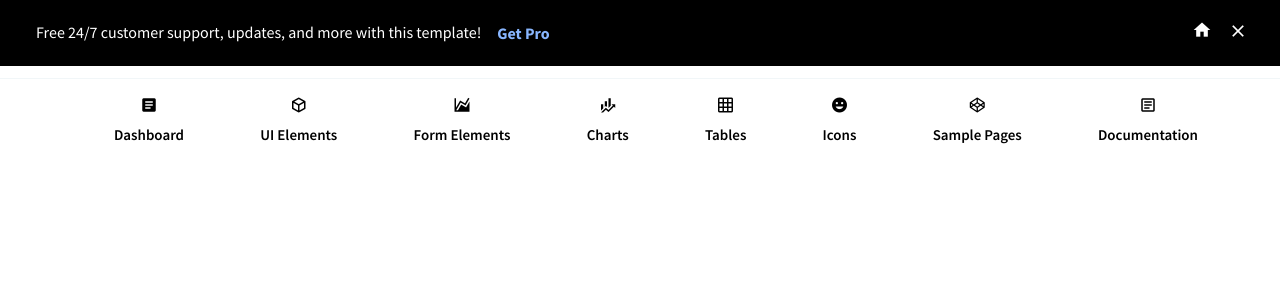
Repository: dimitri0004/Bien
Page: templates/base.html.twig
An editor plug-in stored every save of this project. The page is shown before and after the next save, followed by the edit.
The browser window is 1280 px wide. The pictures show the whole page.
The page is a Twig template of a Symfony application; nobody is signed in and links lead nowhere. The template is opened directly, without the code that normally fills it, so the values that code supplies are empty.

Above is the page before, as saved 2023-04-03 11:36:02.
Console error: ReferenceError: jQuery is not defined

After the next save:
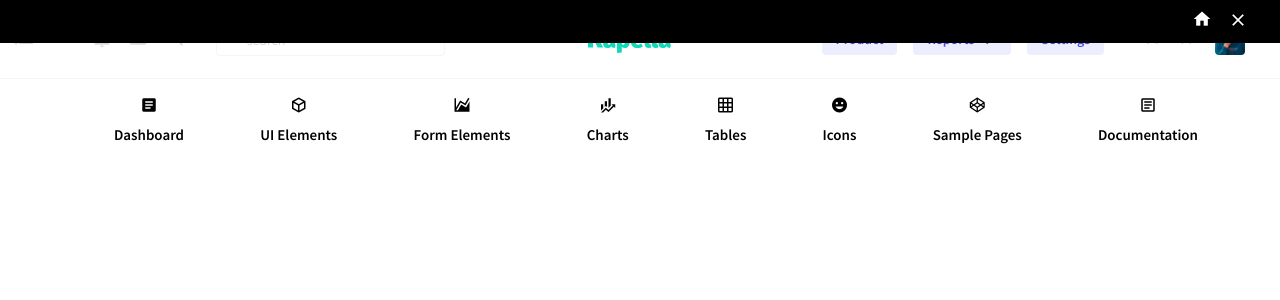
Saved 3 min 3 s later.
--- a/templates/_partiels/nav.html.twig
+++ b/templates/_partiels/nav.html.twig
@@ -4,10 +4,7 @@
         <div class="col-md-12 p-0 m-0">
             <div class="card-body card-body-padding d-flex align-items-center justify-content-between">
                 <div class="ps-lg-1">
-                    <div class="d-flex align-items-center justify-content-between">
-                        <p class="mb-0 font-weight-medium me-3 buy-now-text">Free 24/7 customer support, updates, and more with this template!</p>
-                        <a href="https://www.bootstrapdash.com/product/kapella-admin-pro/?utm_source=organic&utm_medium=banner&utm_campaign=buynow_demo" target="_blank" class="btn me-2 buy-now-btn border-0">Get Pro</a>
-                    </div>
+
                 </div>
                 <div class="d-flex align-items-center justify-content-between">
                     <a href="https://www.bootstrapdash.com/product/kapella-admin-pro/"><i class="mdi mdi-home me-3 text-white"></i></a>
